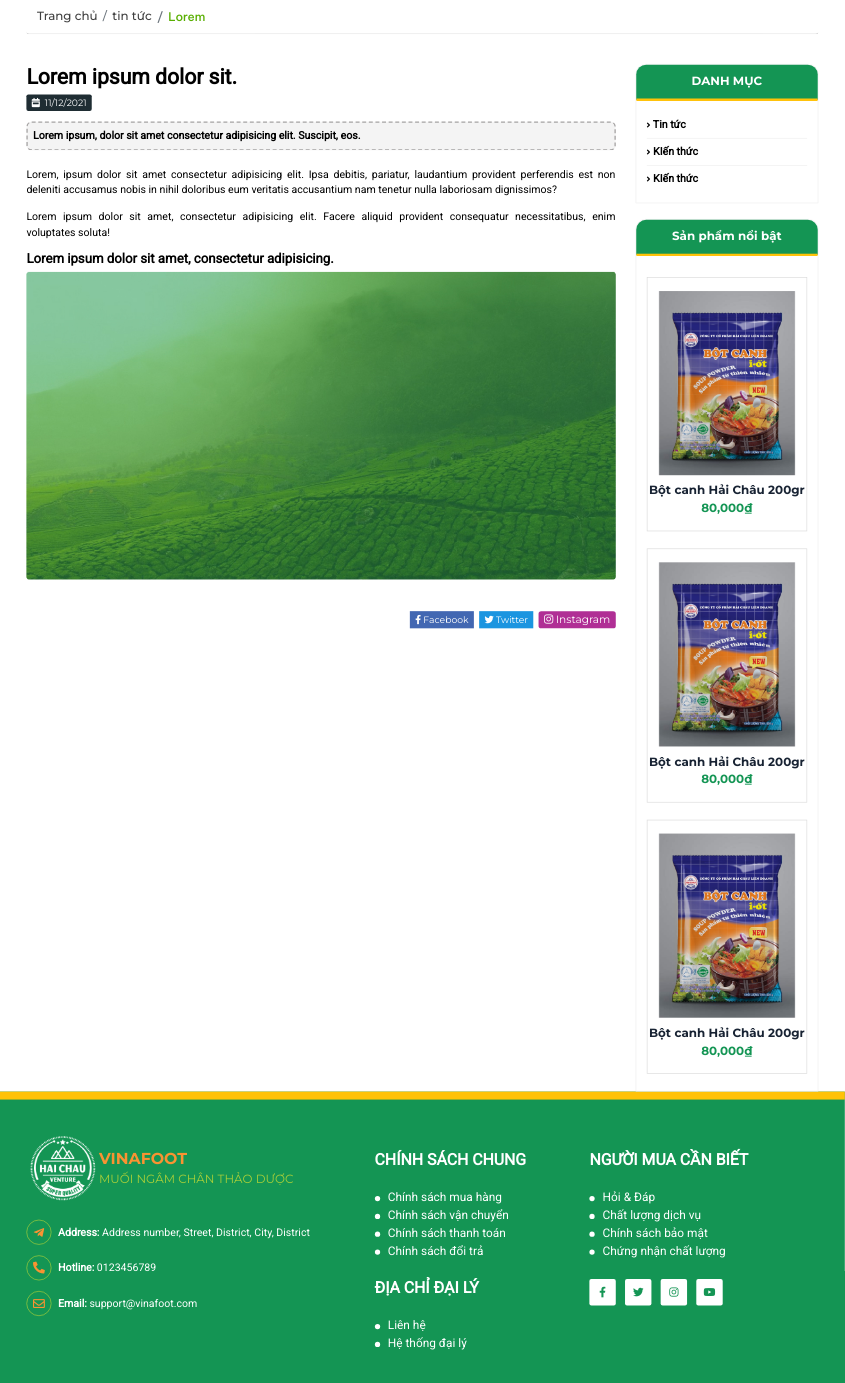
Repository: haianh12082001/VINAFOOT
Page: news-detail.html
These files come from the project's save history. The page is drawn as it stood at one moment and after the next save; the edit follows.
The browser window is 1280 px wide. The pictures show the whole page, at 66% of full size.
Some web libraries are served in a nearby version.

Above is the page before, as saved 2021-12-12 20:44:00.

### news-detail.html
<!DOCTYPE html>
<html lang="en">
    <head>
        <meta charset="UTF-8" />
        <meta http-equiv="X-UA-Compatible" content="IE=edge" />
        <meta name="viewport" content="width=device-width, initial-scale=1.0" />
        <link href="https://fonts.googleapis.com/css2?family=Montserrat:wght@300;400;500;700;900&display=swap" rel="stylesheet" />
        <link href="https://fonts.googleapis.com/css?family=Roboto" rel="stylesheet" />
        <link href="https://fonts.googleapis.com/css2?family=Be+Vietnam+Pro:wght@500&display=swap" rel="stylesheet" />
        <link rel="stylesheet" href="./assets/fonts/fontawesome-free-5.15.3/css/all.min.css" />
        <link
            rel="stylesheet"
            href="https://cdn.jsdelivr.net/npm/bootstrap@4.6.0/dist/css/bootstrap.min.css"
            integrity="sha384-B0vP5xmATw1+K9KRQjQERJvTumQW0nPEzvF6L/Z6nronJ3oUOFUFpCjEUQouq2+l"
            crossorigin="anonymous"
        />
        <link rel="stylesheet" type="text/css" href="https://cdn.jsdelivr.net/npm/slick-carousel@1.8.1/slick/slick.css" />
        <link rel="stylesheet" href="./assets/css/app.css" />
        <title>Document</title>
    </head>
    <body>
        <div class="box-breadcrumb">
            <div class="container">
                <ul class="breadcrumb">
                    <li class="breadcrumb-item"><a href="">Trang chủ</a></li>
                    <li class="breadcrumb-item"><a href="">tin tức</a></li>
                    <li class="breadcrumb-item active">Lorem</li>
                </ul>
            </div>
        </div>
        <section class="news-detail">
            <div class="container">
                <div class="row">
                    <div class="col-lg-9">
                        <h1 class="article-title">Lorem ipsum dolor sit.</h1>
                        <div class="article-date mb-3">
                            <i class="fas fa-calendar-week mr-1"></i>
                            11/12/2021
                        </div>
                        <div class="sapo-detail mb-2">Lorem ipsum, dolor sit amet consectetur adipisicing elit. Suscipit, eos.</div>
                        <div class="content-detail py-3">
                            <p>
                                Lorem, ipsum dolor sit amet consectetur adipisicing elit. Ipsa debitis, pariatur, laudantium provident perferendis est non
                                deleniti accusamus nobis in nihil doloribus eum veritatis accusantium nam tenetur nulla laboriosam dignissimos?
                            </p>
                            <p>
                                Lorem ipsum dolor sit amet, consectetur adipisicing elit. Facere aliquid provident consequatur necessitatibus, enim voluptates
                                soluta!
                            </p>
                            <h2>
                                <strong>Lorem ipsum dolor sit amet, consectetur adipisicing.</strong>
                            </h2>
                            <p>
                                <img src="./assets/img/intro/Group 349.jpg" alt="" />
                            </p>
                        </div>
                        <ul class="share-social d-flex justify-content-end mt-3">
                            <li>
                                <button class="button btn-fb">
                                    <i class="fab fa-facebook-f"></i>
                                    Facebook
                                </button>
                            </li>
                            <li>
                                <button class="button btn-twitter">
                                    <i class="fab fa-twitter"></i>
                                    Twitter
                                </button>
                            </li>
                            <li>
                                <button class="btn btn-instagram">
                                    <i class="fab fa-instagram"></i>
                                    Instagram
                                </button>
                            </li>
                        </ul>
                    </div>
                    <div class="col-lg-3 mt-lg-0 mt-3">
                        <div class="box-side">
                            <div class="title">DANH MỤC</div>
                            <div class="body">
                                <ul class="menu-right">
                                    <li>
                                        <a href="">
                                            <i class="fas fa-angle-right"></i>
                                            Tin tức
                                        </a>
                                        <!-- <ul>
                                            <li>
                                                <a href="">
                                                    <i class="fas fa-arrow-right"></i>
                                                    Tin tức
                                                </a>
                                            </li>
                                        </ul> -->
                                    </li>
                                    <li>
                                        <a href="">
                                            <i class="fas fa-angle-right"></i>
                                            KIến thức
                                        </a>
                                    </li>
                                    <li>
                                        <a href="">
                                            <i class="fas fa-angle-right"></i>
                                            KIến thức
                                        </a>
                                    </li>
                                </ul>
                            </div>
                        </div>
                        <div class="box-side mt-lg-4 mt-3">
                            <div class="title">Sản phẩm nổi bật</div>
                            <div class="body">
                                <div class="row">
                                    <div class="mt-3 col-lg-12 col-6">
                                        <div class="product-item">
                                            <a href=""><img src="./assets/img/product/Rectangle 196.png" alt="" /></a>
                                            <div class="product-body">
                                                <a href=""> <div class="product-name">Bột canh Hải Châu 200gr</div></a>
                                                <div class="product-price">80,000₫</div>
                                            </div>
                                        </div>
                                    </div>
                                    <div class="mt-3 col-lg-12 col-6">
                                        <div class="product-item">
                                            <a href=""><img src="./assets/img/product/Rectangle 196.png" alt="" /></a>
                                            <div class="product-body">
                                                <a href=""> <div class="product-name">Bột canh Hải Châu 200gr</div></a>
                                                <div class="product-price">80,000₫</div>
                                            </div>
                                        </div>
                                    </div>
                                    <div class="mt-3 col-lg-12 col-6">
                                        <div class="product-item">
                                            <a href=""><img src="./assets/img/product/Rectangle 196.png" alt="" /></a>
                                            <div class="product-body">
                                                <a href=""> <div class="product-name">Bột canh Hải Châu 200gr</div></a>
                                                <div class="product-price">80,000₫</div>
                                            </div>
                                        </div>
                                    </div>
                                </div>
                            </div>
                        </div>
                    </div>
                </div>
            </div>
        </section>
        <div class="footer">
            <div class="line"></div>
            <div class="container">
                <div class="row py-5">
                    <div class="col-lg-5 col-12">
                        <div class="logo d-flex mb-lg-4">
                            <img src="./assets/img/logo-footer.png" alt="" />
                            <div class="d-flex flex-column justify-content-center">
                                <div class="company">vinafoot</div>
                                <div class="name">muối ngâm chân thảo dược</div>
                            </div>
                        </div>
                        <div class="d-flex flex-column">
                            <div class="item d-flex align-items-center mb-3">
                                <div class="icon"><i class="fab fa-telegram-plane"></i></div>
                                <span><b>Address:</b> Address number, Street, District, City, District</span>
                            </div>
                            <div class="item d-flex align-items-center mb-3">
                                <div class="icon"><i class="fas fa-phone-alt"></i></div>
                                <span><b>Hotline:</b> 0123456789</span>
                            </div>
                            <div class="item d-flex align-items-center mb-3">
                                <div class="icon"><i class="far fa-envelope"></i></div>
                                <span><b>Email:</b> support@vinafoot.com</span>
                            </div>
                        </div>
                    </div>
                    <div class="col-lg-4 px-lg-5 col-sm-6 order-sm-2">
                        <div class="title">Người mua cần biết</div>
                        <ul class="list">
                            <li>Hỏi & Đáp</li>
                            <li>Chất lượng dịch vụ</li>
                            <li>Chính sách bảo mật</li>
                            <li>Chứng nhận chất lượng</li>
                        </ul>
                        <div class="social d-flex">
                            <a href="">
                                <div class="social-icon">
                                    <i class="fab fa-facebook-f"></i>
                                </div>
                            </a>
                            <a href="">
                                <div class="social-icon">
                                    <i class="fab fa-twitter"></i>
                                </div>
                            </a>
                            <a href="">
                                <div class="social-icon">
                                    <i class="fab fa-instagram"></i>
                                </div>
                            </a>
                            <a href="">
                                <div class="social-icon">
                                    <i class="fab fa-youtube"></i>
                                </div>
                            </a>
                        </div>
                    </div>
                    <div class="col-lg-3 col-sm-6 order-sm-1">
                        <div class="col-12">
                            <div class="title">Chính sách chung</div>
                            <ul class="list">
                                <li>Chính sách mua hàng</li>
                                <li>Chính sách vận chuyển</li>
                                <li>Chính sách thanh toán</li>
                                <li>Chính sách đổi trả</li>
                            </ul>
                        </div>
                        <div class="col-12">
                            <div class="title">ĐỊa chỉ đại lý</div>
                            <ul class="list">
                                <li>Liên hệ</li>
                                <li>Hệ thống đại lý</li>
                            </ul>
                        </div>
                    </div>
                </div>
            </div>
        </div>
        <script type="text/javascript" src="https://code.jquery.com/jquery-1.11.0.min.js"></script>
        <script type="text/javascript" src="https://code.jquery.com/jquery-migrate-1.2.1.min.js"></script>
        <script
            src="https://cdnjs.cloudflare.com/ajax/libs/bootstrap/4.6.0/js/bootstrap.min.js"
            integrity="sha512-XKa9Hemdy1Ui3KSGgJdgMyYlUg1gM+QhL6cnlyTe2qzMCYm4nAZ1PsVerQzTTXzonUR+dmswHqgJPuwCq1MaAg=="
            crossorigin="anonymous"
            referrerpolicy="no-referrer"
        ></script>
        <script type="text/javascript" src="https://cdn.jsdelivr.net/npm/slick-carousel@1.8.1/slick/slick.min.js"></script>
        <script src="./assets/js/main.js"></script>
    </body>
</html>

Loaded but not shown: assets/fonts/fontawesome-free-5.15.3/css/all.min.css (library); assets/js/main.js (103 lines, source omitted); assets/css/app.css (2055 lines, source omitted)

After the next save:
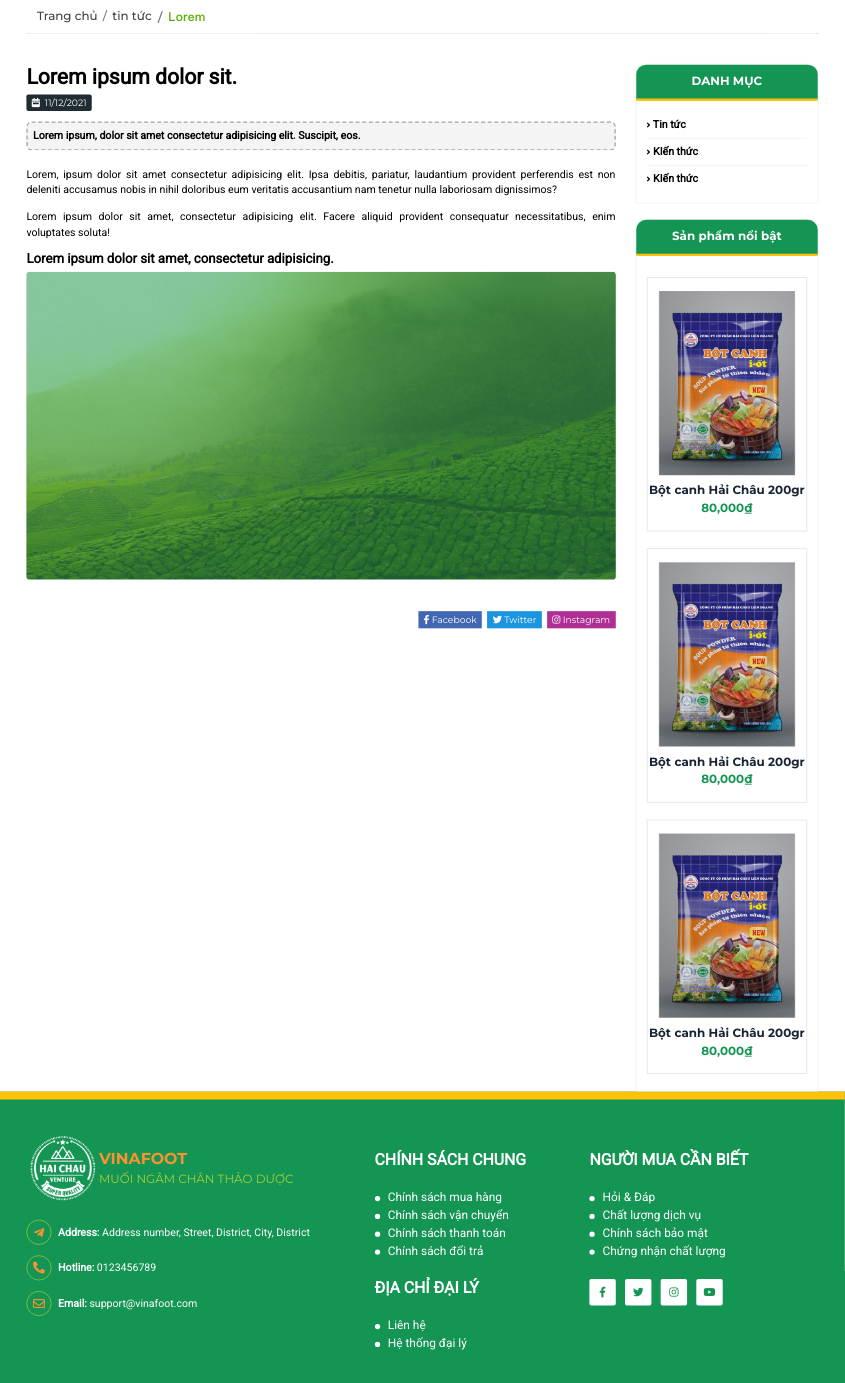
Saved 4 s later.
--- a/news-detail.html
+++ b/news-detail.html
@@ -68,7 +68,7 @@
                                 </button>
                             </li>
                             <li>
-                                <button class="btn btn-instagram">
+                                <button class="button btn-instagram">
                                     <i class="fab fa-instagram"></i>
                                     Instagram
                                 </button>
